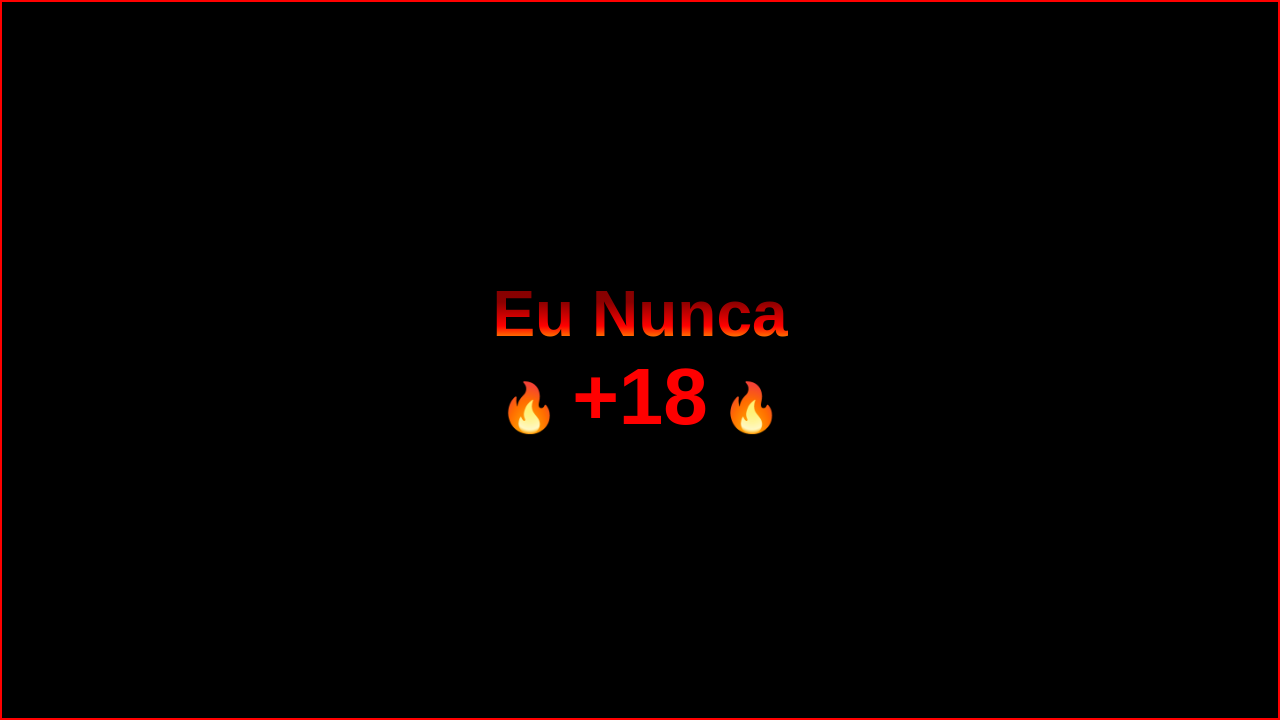
Repository: odiloalmeida/inever
Page: index.html
The author's editor kept a copy of each file at every save. The page is drawn from the files as they stood at one save, then again after the next save.
The browser window is 1280 px wide. The pictures show the whole page.

Above is the page before, as saved 2023-01-31 20:34:19.

### index.html
<!DOCTYPE html>
<html lang="en">
<head>
    <meta charset="UTF-8">
    <meta http-equiv="X-UA-Compatible" content="IE=edge">
    <meta name="viewport" content="width=device-width, initial-scale=1.0">
    <link rel="stylesheet" href="./style.css">
    <title>18+ I Never</title>

</head>

<body>
    <button id="myButton" onclick="changeButtonName()">
        <span>Eu Nunca </span>
        <br>
        &#128293
        <span2>+18</span2>
        &#128293
    </button>
</body>

<script>

    function changeButtonName() {
        var button = document.getElementById("myButton");

        var names = ["Beijei alguém dessa turma",
        "Senti atração por alguém dessa turma",
        "Tomei banho pelado na praia/piscina",
        "Fiquei com um professor",
        "Fiquei com um amigo e me arrependi",
        "Fiquei com um amigo e não disse pra ninguém",
        "Menti sobre ter ficado com uma pessoa",
        "Bebi tanto que beijei alguém que não queria",
        "Bebi tanto que esqueci tudo no outro dia",
        "Vi um nudes de alguém dessa turma",
        "Desejei o namorado(a) de um amigo",
        "Fiquei com alguém por interesse",
        "Acelerei o ato sexual por que o oral estava ruim",
        "Bebi pra ter coragem de chegar numa pessoa",
        "Transei na escola ou faculdade",
        "Transei no chão",
        "Fiz sexo oral enquanto a pessoa trabalhava",
        "Fiz sexo oral enquanto a pessoa dirigia",
        "Usei fantasias sexuais",
        "Usei plug anal",
        "Usei um vibrador",
        "Fiquei com alguém depois neguei pra todo mundo",
        "Disse pra uma pessoa que a amava sem amar",
        "Transei no carro",
        "Broxei no meio do ato sexual",
        "Desisti de ficar com uma pessoa por que ela estava fedendo",
        "Fui chupar e estava fedendo muito e desisti",
        "Me masturbei depois do ato sexual por que não conseguir “chegar lá” com o parceiro",
        "Fiquei com dois amigos ao mesmo tempo sem eles saberem",
        "Parei o ato sexual para ir fazer xixi",
        "Fiz a chuca",
        "Transei na rua",
        "Paguei por sexo",
        "Fiz sexo por dinheiro",
        "Dei um beijo triplo",
        "Voltaria com um ex",
        "Fiquei com uma pessoa em um lugar e logo em seguida fui para outro lugar ficar com outra (trocar palavras)",
        "Tirei fotos pelado(a)",
        "Fiquei com alguém para fazer ciúme a outro",
        "Sofri por amor",
        "Sofri por ficante",
        "Espiei alguém tomando banho",
        "Tomei banho com alguém",
        "Enfiei o dedo no orifício de alguém (kkkk)"

        ];

        var randomName = names[Math.floor(Math.random() * names.length)];
        button.innerHTML = randomName;
    }

</script>

</html>

### style.css
* {
    padding: 0;
    margin: 0;
    box-sizing: border-box;
}

body {
    width: 100vw;
    height: 100vh;
    background-color: #000;
    display: flex;
    flex-direction: column;
    align-items: center;
    justify-content: center;
}

button {
    background-color: transparent;
    height: 100vh;
    width: 100vw;
    border: red 2px solid;
    color: #f1f1f1;
    font-weight: bold;
    font-size: 3rem;
    padding: 5px;
}

button span {
    background-image: linear-gradient(to bottom,#800000,#8B0000, red, yellow);
    background-clip: text;
    -webkit-background-clip: text;
    -webkit-text-fill-color: transparent;
    color: black;
    font-size: 4rem;
    font-weight: 900;
}

button span2 {
    color: red;
    font-size: 5rem;
}

After the next save:
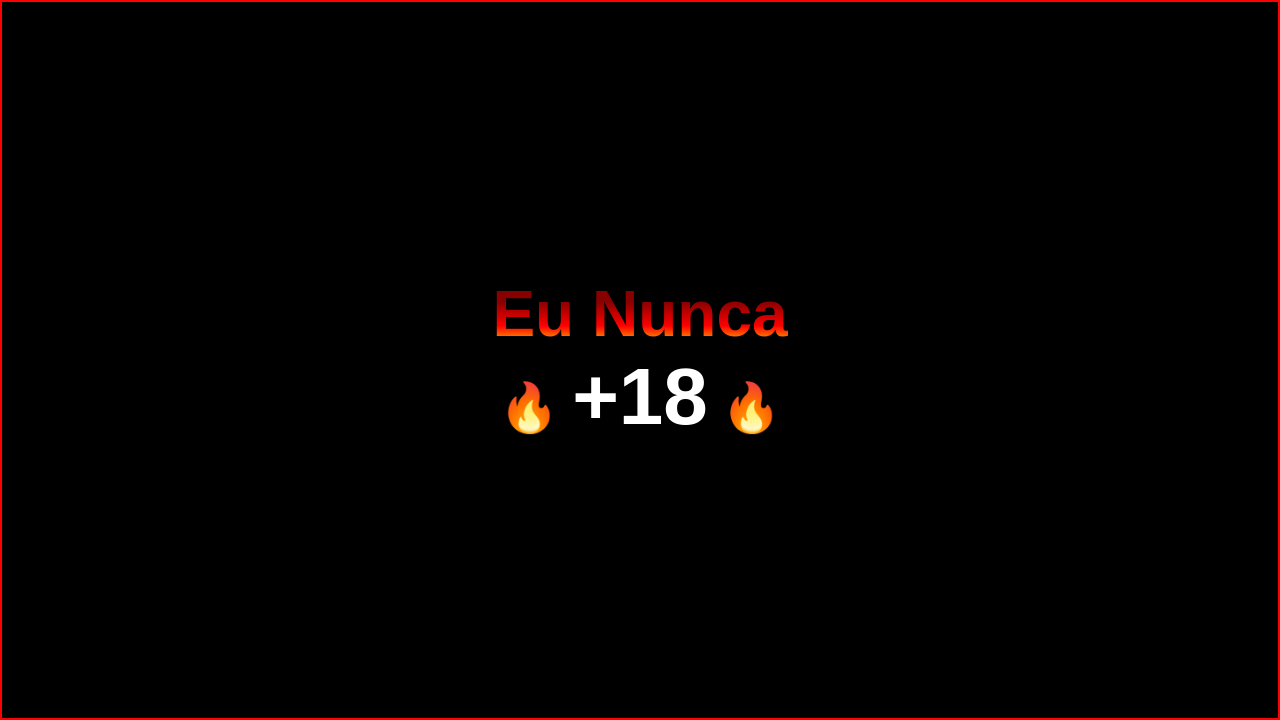
Saved 67 s later.
--- a/style.css
+++ b/style.css
@@ -36,6 +36,6 @@ button span {
 }
 
 button span2 {
-    color: red;
+    color: #fff;
     font-size: 5rem;
 }
